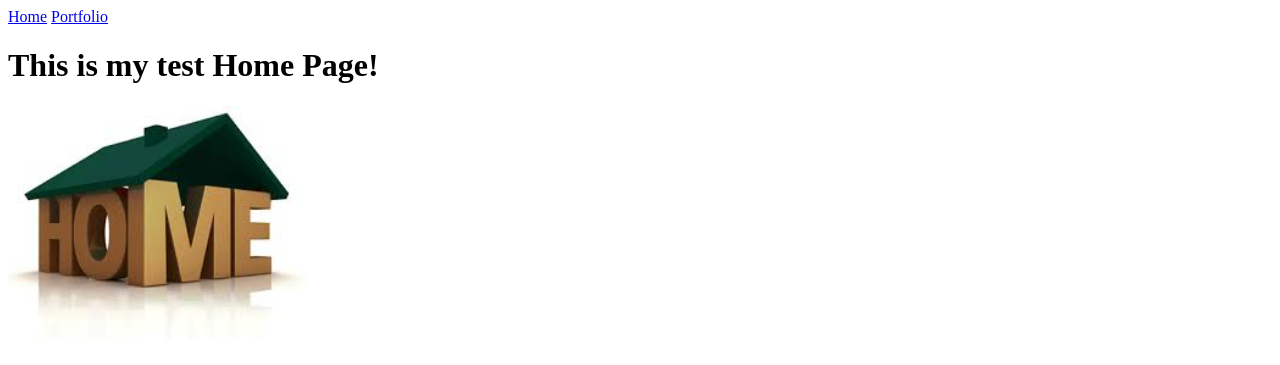
Repository: jriosjr2323/jriosjr23.github.io
Page: my_website/index.html
The author's editor kept a record of every edit. The page is drawn from the files as they stood at one moment, then again after the next edit.
The browser window is 1280 px wide. The pictures show the whole page.

Above is the page before.

After the next edit:
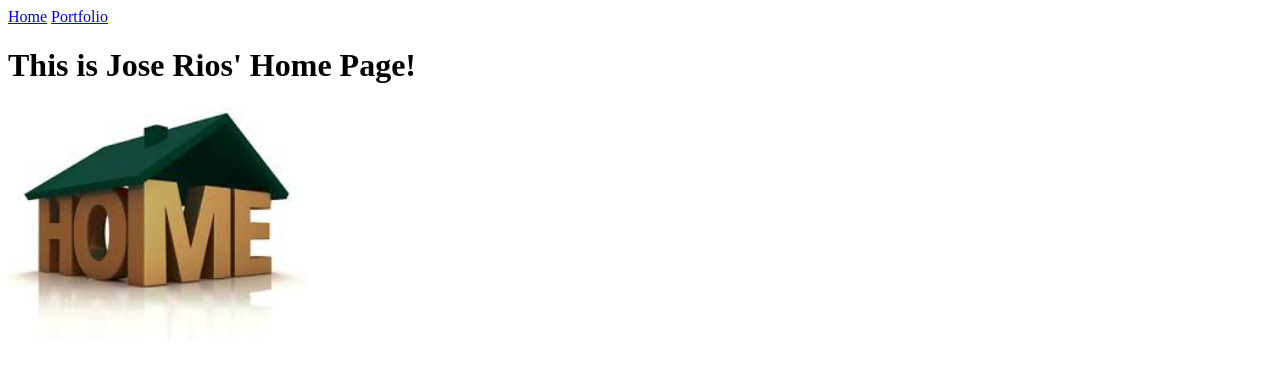
The edit:
--- a/my_website/index.html
+++ b/my_website/index.html
@@ -7,7 +7,7 @@
   <body>
     <a href="index.html">Home</a>
     <a href="portfolio.html">Portfolio</a>
-    <h1>This is my test Home Page!</h1>
+    <h1>This is Jose Rios' Home Page!</h1>
     <img src="images/home.jpg" height="250">
   </body>
 </html>
